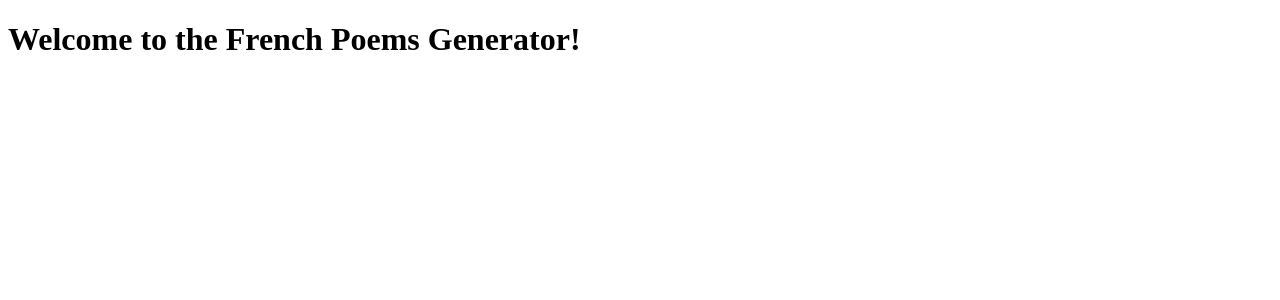
Repository: OnwardForward/french.poem.generator
Page: index.html
These files come from the project's save history. The page is drawn as it stood at one moment and after the next save; the edit follows.
The browser window is 1280 px wide. The pictures show the whole page.

Above is the page before, as saved 2024-09-23 21:20:16.

After the next save:
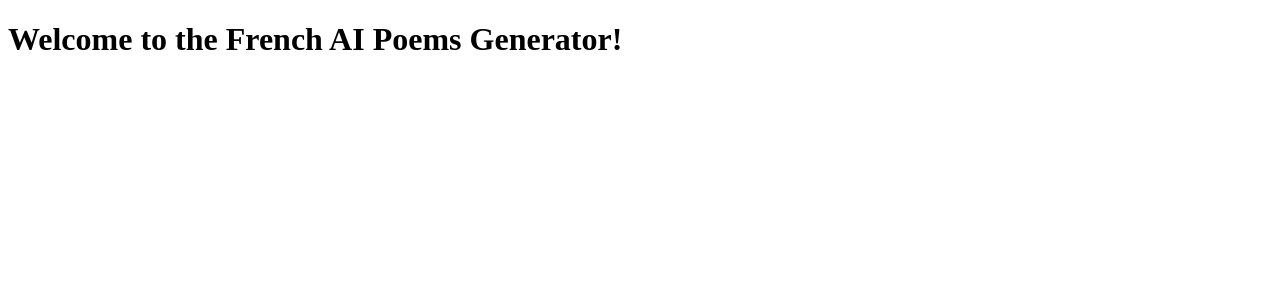
Saved 11 s later.
--- a/index.html
+++ b/index.html
@@ -6,6 +6,6 @@
     <title>AI French Poems Generator</title>
 </head>
 <body>
-    <h1>Welcome to the French Poems Generator!</h1>
+    <h1>Welcome to the French AI Poems Generator!</h1>
 </body>
 </html>
